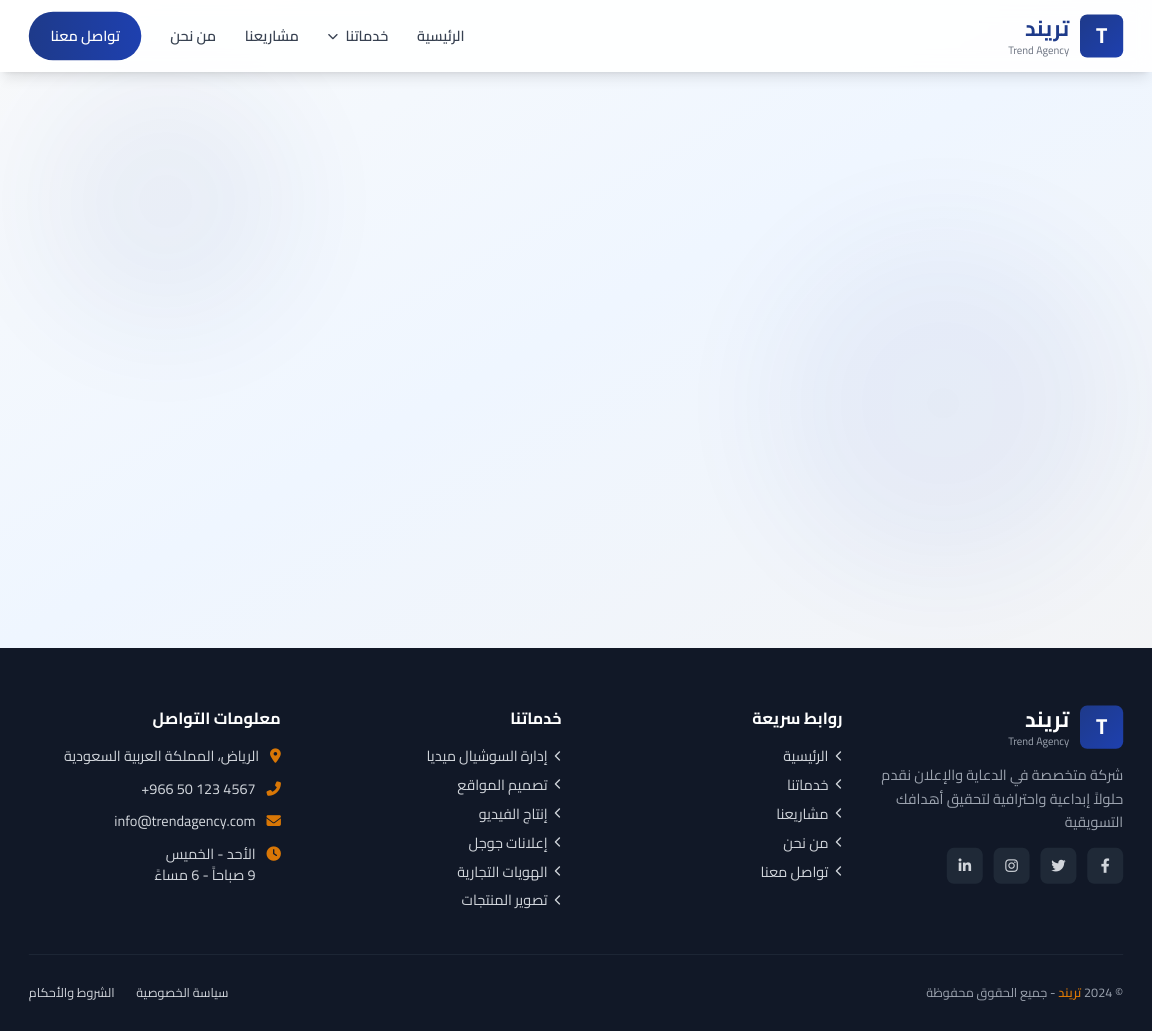
Repository: MichealSoliman/trend
Page: index1.html
The author's editor kept a copy of each file at every save. The page is drawn from the files as they stood at one save, then again after the next save.
The browser window is 1280 px wide. The pictures show the whole page, at 90% of full size.
Some web libraries are served in a nearby version.

Above is the page before, as saved 2026-01-21 19:05:03.
Console error: TypeError: Cannot read properties of null (reading 'addEventListener')

After the next save:
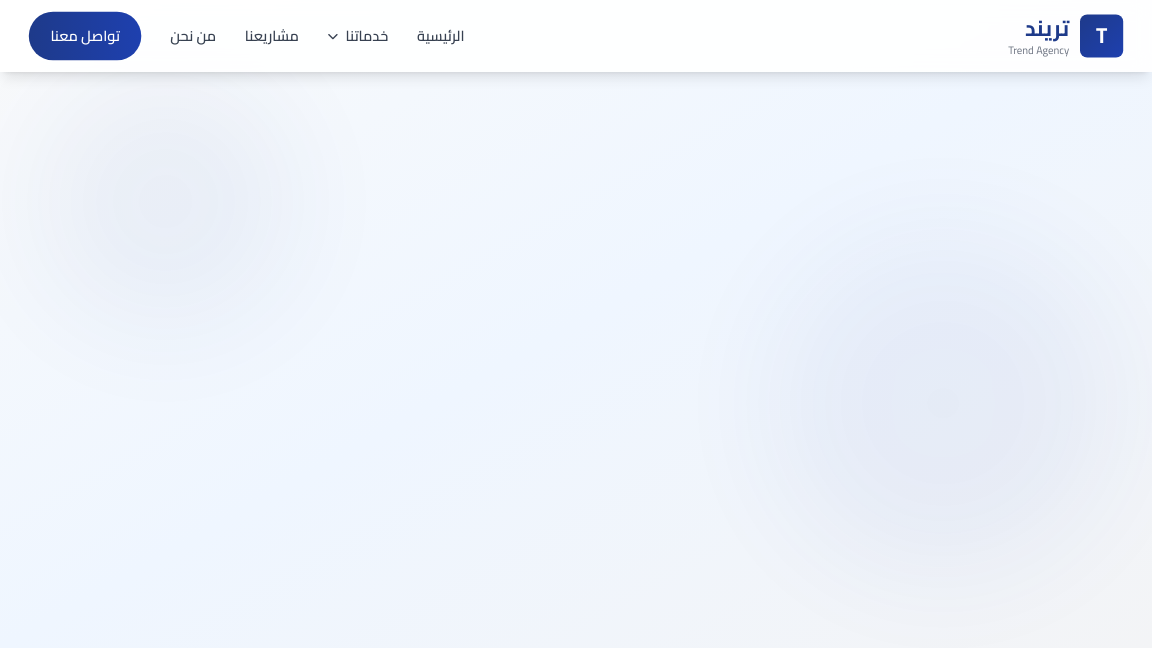
Saved 4 s later.
--- a/index1.html
+++ b/index1.html
@@ -190,110 +190,7 @@
 
 
 
-    <!-- Footer -->
-    <footer class="bg-gray-900 text-gray-300 pt-16 pb-8">
-        <div class="container mx-auto px-4 lg:px-8">
-            <div class="grid md:grid-cols-2 lg:grid-cols-4 gap-8 mb-12">
 
-                <!-- Company Info -->
-                <div>
-                    <div class="flex items-center space-x-3 space-x-reverse mb-4">
-                        <div class="w-12 h-12 bg-gradient-to-br from-primary to-secondary rounded-lg flex items-center justify-center">
-                            <span class="text-white text-2xl font-bold">T</span>
-                        </div>
-                        <div>
-                            <h3 class="text-2xl font-bold text-white">تريند</h3>
-                            <p class="text-xs text-gray-400">Trend Agency</p>
-                        </div>
-                    </div>
-                    <p class="text-gray-400 leading-relaxed mb-4">
-                        شركة متخصصة في الدعاية والإعلان نقدم حلولاً إبداعية واحترافية لتحقيق أهدافك التسويقية
-                    </p>
-                    <div class="flex gap-3">
-                        <a href="#" class="w-10 h-10 bg-gray-800 hover:bg-primary rounded-lg flex items-center justify-center transition-all duration-300">
-                            <i class="fab fa-facebook-f"></i>
-                        </a>
-                        <a href="#" class="w-10 h-10 bg-gray-800 hover:bg-primary rounded-lg flex items-center justify-center transition-all duration-300">
-                            <i class="fab fa-twitter"></i>
-                        </a>
-                        <a href="#" class="w-10 h-10 bg-gray-800 hover:bg-primary rounded-lg flex items-center justify-center transition-all duration-300">
-                            <i class="fab fa-instagram"></i>
-                        </a>
-                        <a href="#" class="w-10 h-10 bg-gray-800 hover:bg-primary rounded-lg flex items-center justify-center transition-all duration-300">
-                            <i class="fab fa-linkedin-in"></i>
-                        </a>
-                    </div>
-                </div>
-
-                <!-- Quick Links -->
-                <div>
-                    <h4 class="text-white font-bold text-lg mb-4">روابط سريعة</h4>
-                    <ul class="space-y-2">
-                        <li><a href="#home" class="hover:text-accent transition-colors duration-300 flex items-center"><i class="fas fa-chevron-left ml-2 text-xs"></i>الرئيسية</a></li>
-                        <li><a href="#services" class="hover:text-accent transition-colors duration-300 flex items-center"><i class="fas fa-chevron-left ml-2 text-xs"></i>خدماتنا</a></li>
-                        <li><a href="#projects" class="hover:text-accent transition-colors duration-300 flex items-center"><i class="fas fa-chevron-left ml-2 text-xs"></i>مشاريعنا</a></li>
-                        <li><a href="#about" class="hover:text-accent transition-colors duration-300 flex items-center"><i class="fas fa-chevron-left ml-2 text-xs"></i>من نحن</a></li>
-                        <li><a href="#contact" class="hover:text-accent transition-colors duration-300 flex items-center"><i class="fas fa-chevron-left ml-2 text-xs"></i>تواصل معنا</a></li>
-                    </ul>
-                </div>
-
-                <!-- Services Links -->
-                <div>
-                    <h4 class="text-white font-bold text-lg mb-4">خدماتنا</h4>
-                    <ul class="space-y-2">
-                        <li><a href="#service-social" class="hover:text-accent transition-colors duration-300 flex items-center"><i class="fas fa-chevron-left ml-2 text-xs"></i>إدارة السوشيال ميديا</a></li>
-                        <li><a href="#service-web" class="hover:text-accent transition-colors duration-300 flex items-center"><i class="fas fa-chevron-left ml-2 text-xs"></i>تصميم المواقع</a></li>
-                        <li><a href="#service-video" class="hover:text-accent transition-colors duration-300 flex items-center"><i class="fas fa-chevron-left ml-2 text-xs"></i>إنتاج الفيديو</a></li>
-                        <li><a href="#service-ads" class="hover:text-accent transition-colors duration-300 flex items-center"><i class="fas fa-chevron-left ml-2 text-xs"></i>إعلانات جوجل</a></li>
-                        <li><a href="#service-branding" class="hover:text-accent transition-colors duration-300 flex items-center"><i class="fas fa-chevron-left ml-2 text-xs"></i>الهويات التجارية</a></li>
-                        <li><a href="#service-photography" class="hover:text-accent transition-colors duration-300 flex items-center"><i class="fas fa-chevron-left ml-2 text-xs"></i>تصوير المنتجات</a></li>
-                    </ul>
-                </div>
-
-                <!-- Contact Info -->
-                <div>
-                    <h4 class="text-white font-bold text-lg mb-4">معلومات التواصل</h4>
-                    <ul class="space-y-3">
-                        <li class="flex items-start space-x-3 space-x-reverse">
-                            <i class="fas fa-map-marker-alt text-accent mt-1"></i>
-                            <span>الرياض، المملكة العربية السعودية</span>
-                        </li>
-                        <li class="flex items-start space-x-3 space-x-reverse">
-                            <i class="fas fa-phone-alt text-accent mt-1"></i>
-                            <span dir="ltr">+966 50 123 4567</span>
-                        </li>
-                        <li class="flex items-start space-x-3 space-x-reverse">
-                            <i class="fas fa-envelope text-accent mt-1"></i>
-                            <span>info@trendagency.com</span>
-                        </li>
-                        <li class="flex items-start space-x-3 space-x-reverse">
-                            <i class="fas fa-clock text-accent mt-1"></i>
-                            <span>الأحد - الخميس<br>9 صباحاً - 6 مساءً</span>
-                        </li>
-                    </ul>
-                </div>
-
-            </div>
-
-            <!-- Bottom Bar -->
-            <div class="border-t border-gray-800 pt-8">
-                <div class="flex flex-col md:flex-row justify-between items-center gap-4">
-                    <p class="text-gray-400 text-sm text-center">
-                        © 2024 <span class="text-accent font-semibold">تريند</span> - جميع الحقوق محفوظة
-                    </p>
-                    <div class="flex gap-6 text-sm">
-                        <a href="#" class="hover:text-accent transition-colors duration-300">سياسة الخصوصية</a>
-                        <a href="#" class="hover:text-accent transition-colors duration-300">الشروط والأحكام</a>
-                    </div>
-                </div>
-            </div>
-        </div>
-    </footer>
-
-    <!-- Scroll to Top Button -->
-    <button id="scroll-top" class="fixed bottom-8 left-8 w-12 h-12 bg-gradient-to-r from-primary to-secondary text-white rounded-full shadow-lg hover:shadow-2xl transition-all duration-300 opacity-0 invisible hover:scale-110 z-40 flex items-center justify-center">
-        <i class="fas fa-arrow-up"></i>
-    </button>
 
     <!-- Custom JavaScript -->
     <script src="js/main.js"></script>
